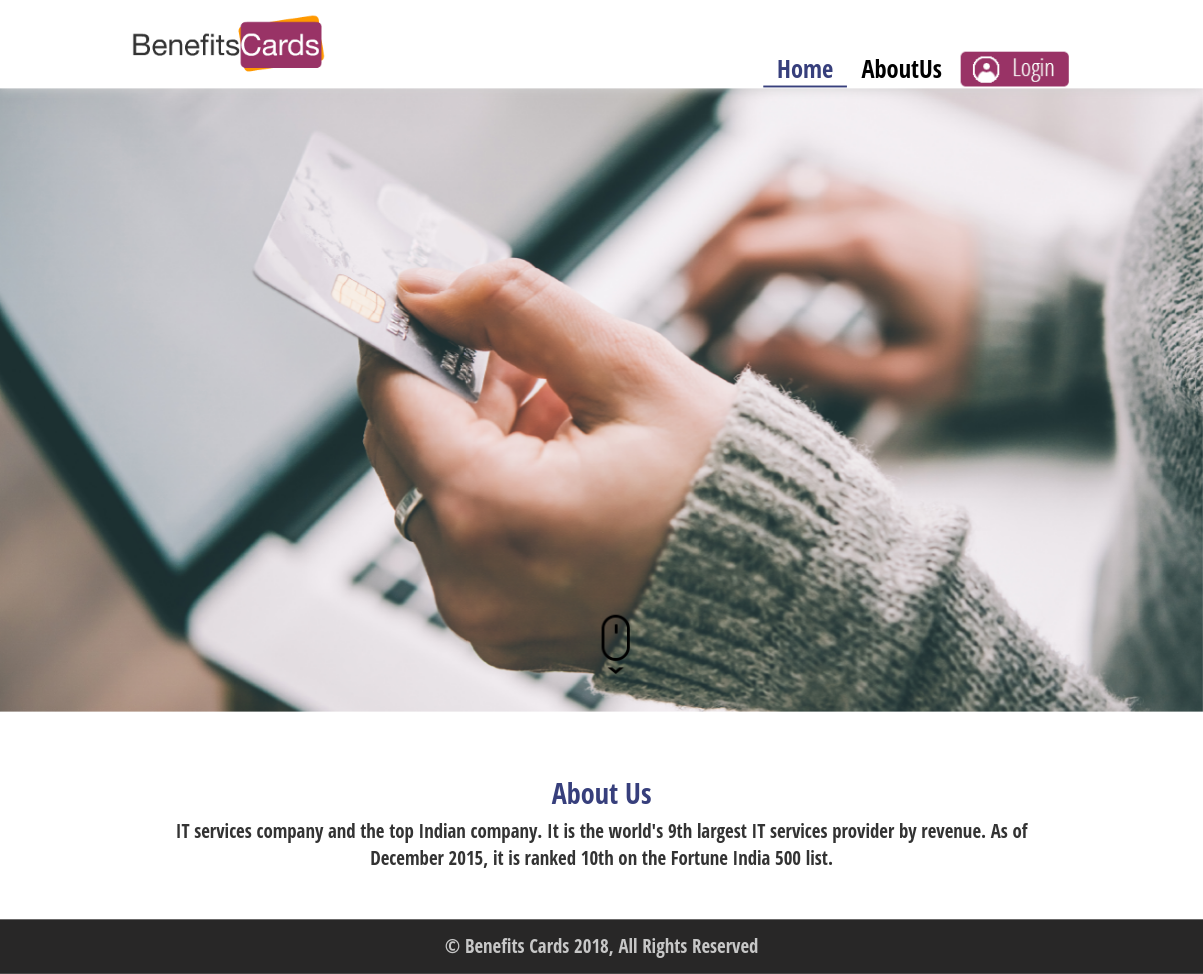
Repository: intkhabahmed/AcceleratedBootcampWebsites
Page: http://localhost/BenefitsCards/UI/index.jsp
These files come from the project's save history. The page is drawn as it stood at one moment and after the next save; the edit follows.
The browser window is 1280 px wide. The pictures show the whole page, at 94% of full size.
Some web fonts or font styles are not loaded; a fallback is used. The page is served by Tomcat 9. Nobody is signed in. The application's start-up code is not run.

Above is the page before, as saved 2018-01-30 11:28:33.

After the next save:
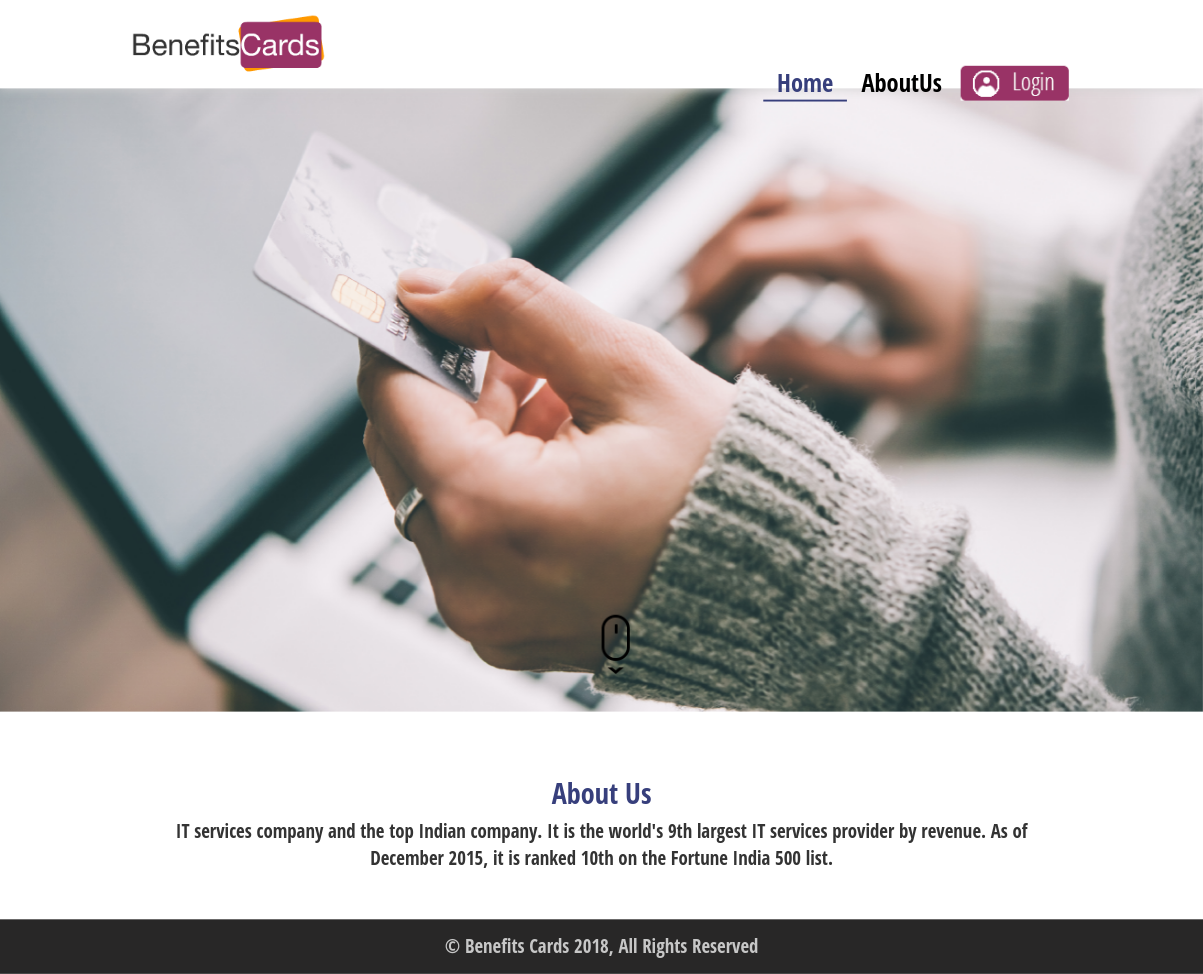
Saved 8 s later.
--- a/BenefitsCards/WebContent/css/custom.css
+++ b/BenefitsCards/WebContent/css/custom.css
@@ -100,7 +100,7 @@ hr {
 	#main-nav {
 		margin-top: 39px;
 		height: 53px;
-		padding-top: 15px;
+		padding-top: 30px;
 	}
 	nav> .container {
 		height: auto;
